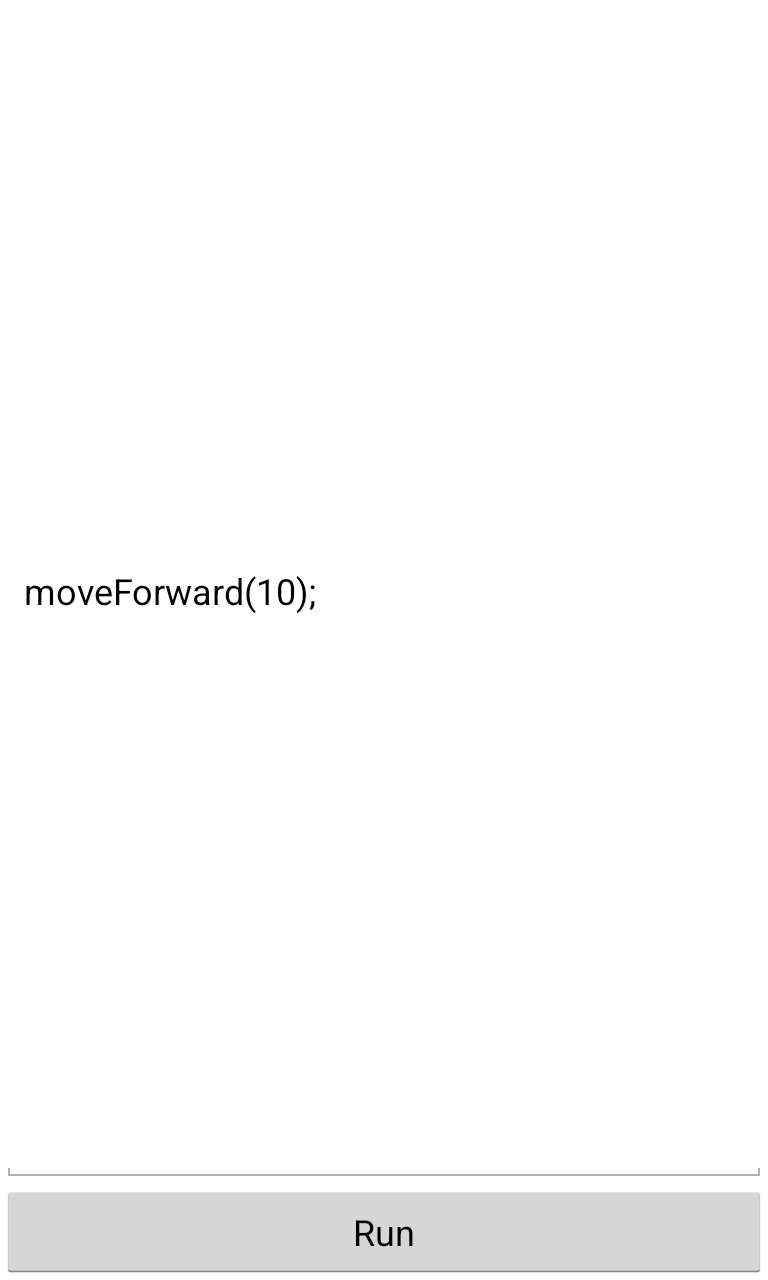
Repository: Cen92/MindCoder
Layout: ANTLRTest/res/layout/activity_main.xml
The author's editor kept a copy of each file at every save. The layout is drawn from the files as they stood at one save, then again after the next save.
It is drawn on a 768 x 1280 px phone screen (xhdpi) without system bars, with theme AppTheme; the app's code is not run.

Above is the layout before, as saved 2014-03-27 17:06:42.

After the next save:
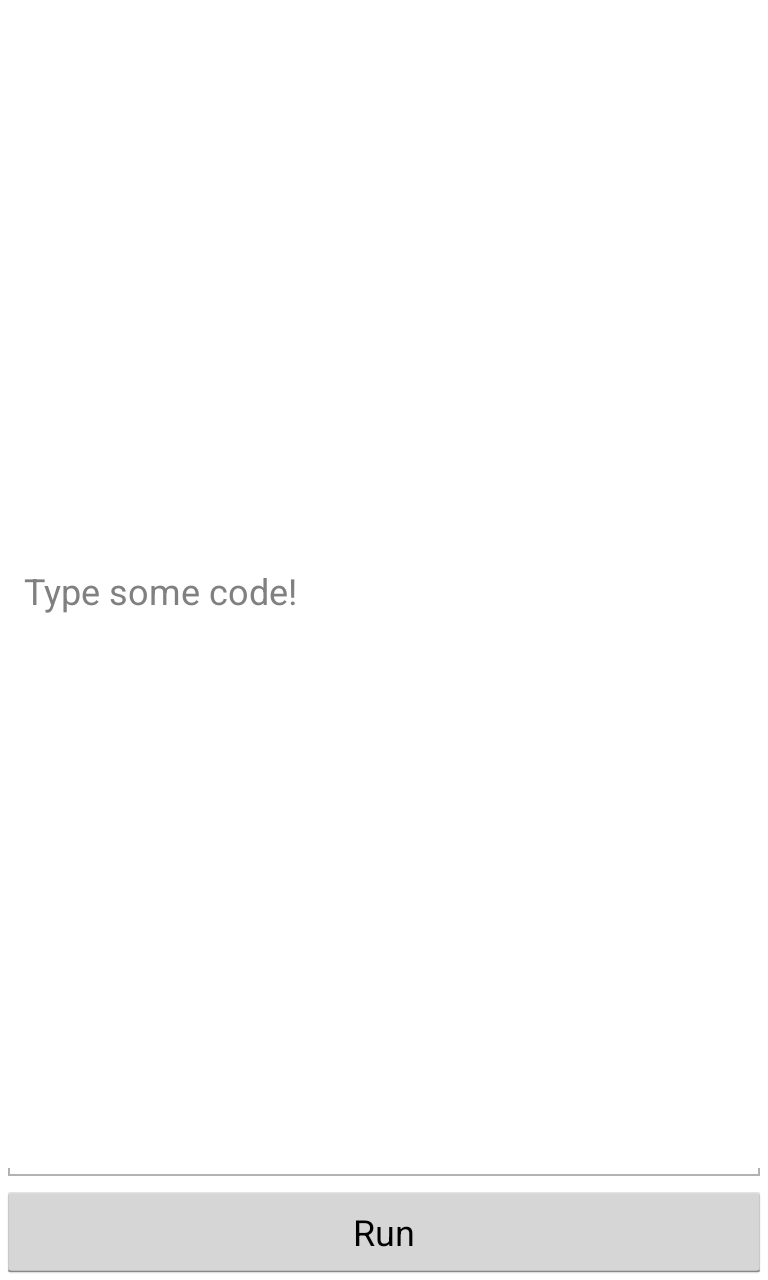
Saved 13 min 37 s later.
--- a/ANTLRTest/res/layout/activity_main.xml
+++ b/ANTLRTest/res/layout/activity_main.xml
@@ -6,12 +6,11 @@
 
     <EditText
         android:id="@+id/input_text"
-        android:layout_width="fill_parent"
+        android:layout_width="match_parent"
         android:layout_height="wrap_content"
         android:layout_weight="2"
         android:hint="Type some code!"
-        android:inputType="none"
-        android:text="moveForward(10);" />
+        android:inputType="none" />
 
     <Button
         android:id="@+id/parse_button"
